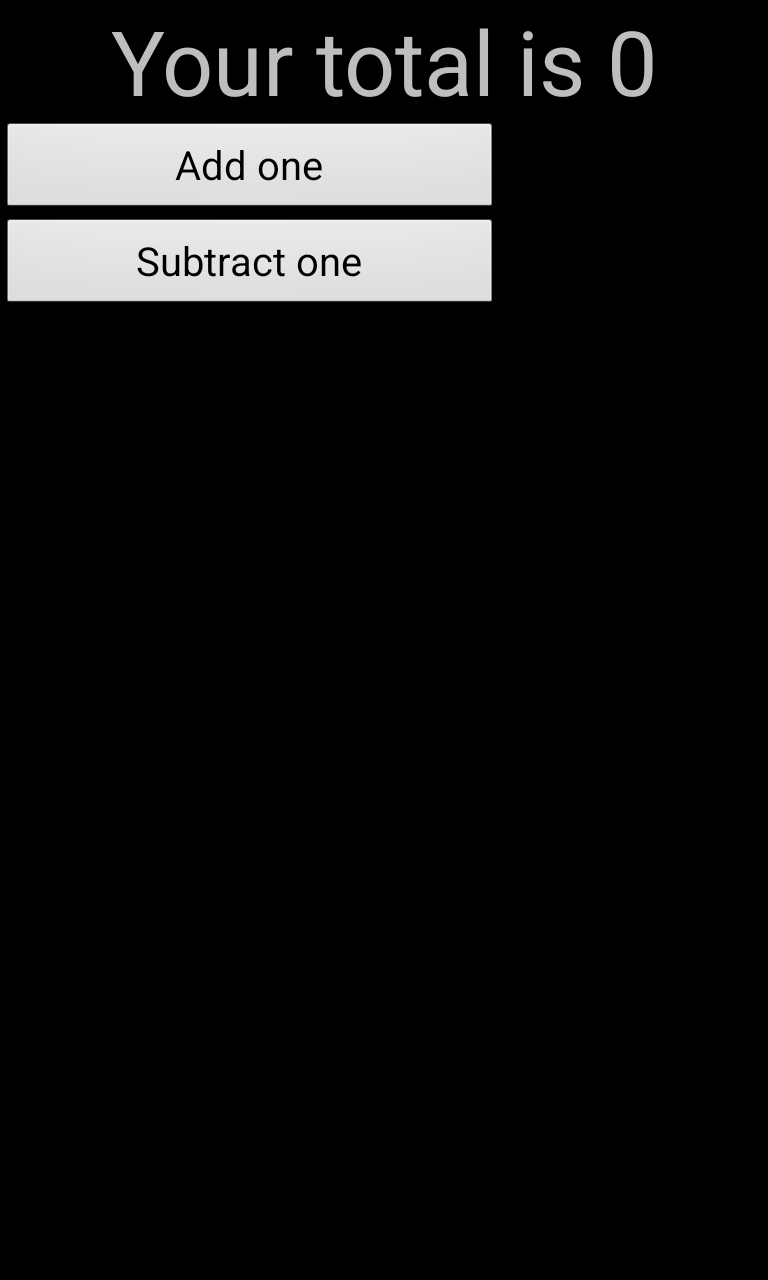
Repository: mattytemple/LearningAndroid
Layout: The New Boston/res/layout/main.xml
These files come from the project's save history. The layout is drawn as it stood at one moment and after the next save; the edit follows.
It is drawn on a 768 x 1280 px phone screen (xhdpi) without system bars, with theme android:Theme; the app's code is not run.

Above is the layout before, as saved 2011-08-22 21:03:49.

After the next save:
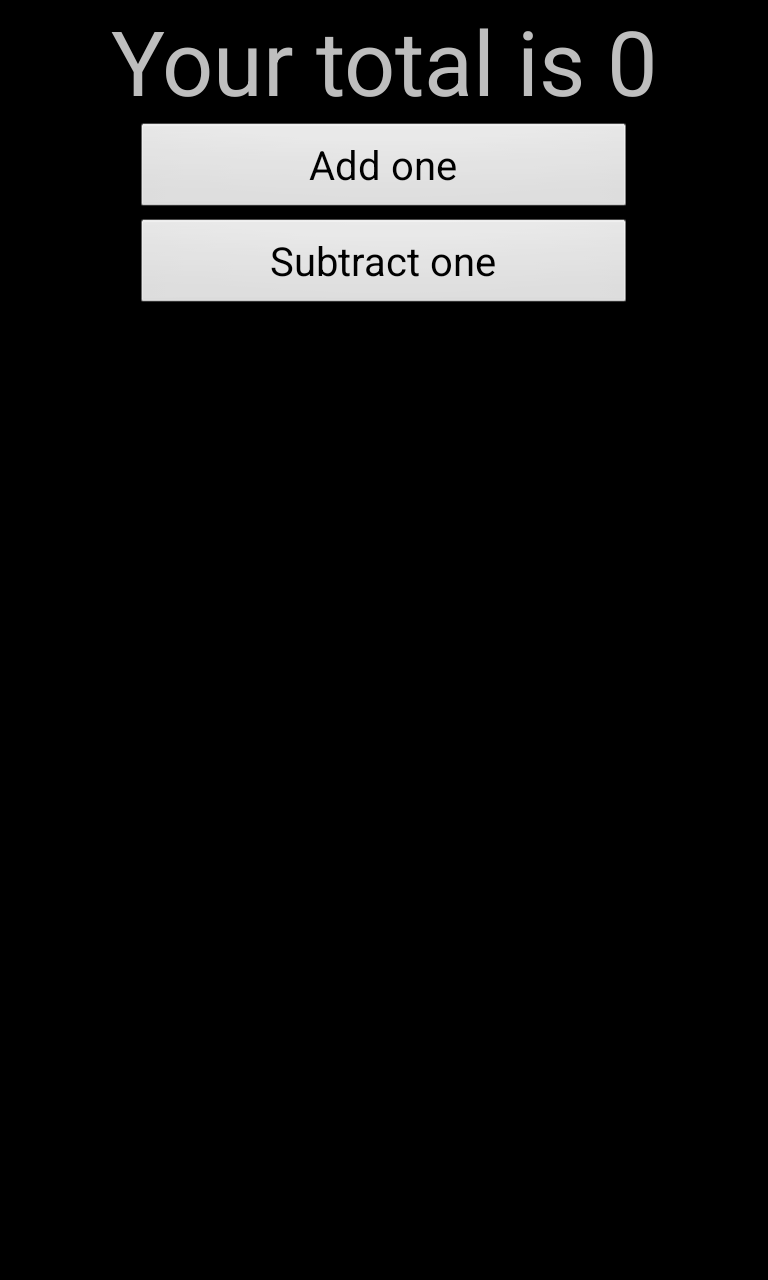
Saved 77 s later.
--- a/The New Boston/res/layout/main.xml
+++ b/The New Boston/res/layout/main.xml
@@ -16,7 +16,7 @@
 	android:layout_width="250dp"
 	android:layout_height="wrap_content"
 	android:text="Add one"
-	android:gravity="center"
+	android:layout_gravity="center"
 	android:textSize="20dp"
 	android:id="@+id/bAdd"
 />
@@ -25,7 +25,7 @@
 	android:layout_height="wrap_content"
 	android:text="Subtract one"
 	android:textSize="20dp"
-	android:gravity="center"
+	android:layout_gravity="center"
 	android:id="@+id/bSub"
 />
 </LinearLayout>
